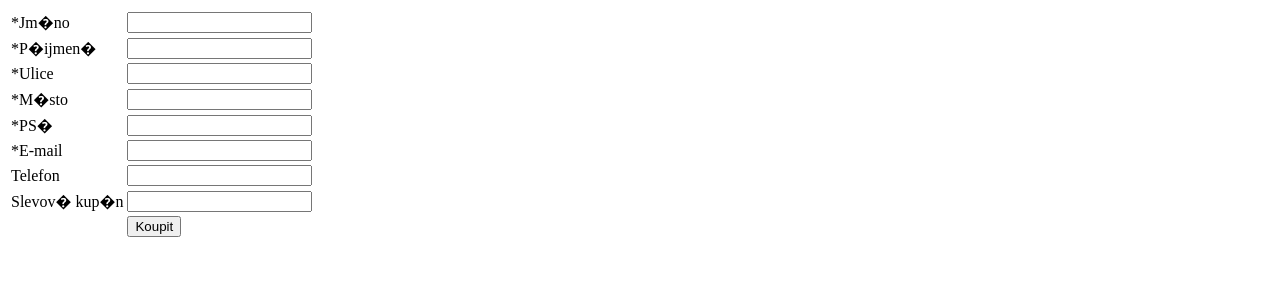
Repository: shadowroot/workspace
Page: http://localhost/register.php
The author's editor kept a copy of each file at every save. The page is drawn from the files as they stood at one save, then again after the next save.
The browser window is 1280 px wide. The pictures show the whole page.
The page is run by PHP 8.4 with error messages shown; the project is at /var/www/html/.

Above is the page before, as saved 2011-12-01 13:37:26.

### crib_pasted/register.php
<form action="action.php?a=1" method="post">
			<table id="form">
				<tr class="form_col">
					<td>*Jméno</td>
					<td><input type="text" size="20" name="user"
						value="<?php if(isset($_GET['jmeno'])){echo $_GET['jmeno'];} ?>" />
					</td>
				</tr>
				<tr class="form_col">
					<td>*Pøijmení</td>
					<td><input type="password" size="20" name="passwd1"
						value="<?php if(isset($_GET['prijmeni'])){echo $_GET['prijmeni'];} ?>" />
					</td>
				</tr>
				<tr class="form_col">
					<td>*Ulice</td>
					<td><input type="password" size="20" name="passwd2"
						value="<?php if(isset($_GET['ulice']))echo $_GET['ulice']; ?>" />
					</td>
				</tr>
				<tr class="form_col">
					<td>*Mìsto</td>
					<td><input type="text" size="20" name="email"
						value="<?php if(isset($_GET['mesto']))echo $_GET['mesto']; ?>" />
					</td>
				</tr>
				<tr class="form_col">
					<td>*PSÈ</td>
					<td><input type="text" size="20" name="psc"
						value="<?php if(isset($_GET['psc']))echo $_GET['psc']; ?>" />
					</td>
				</tr>
				<tr class="form_col">
					<td>*E-mail</td>
					<td><input type="text" size="20" name="email"
						value="<?php if(isset($_GET['email']))echo $_GET['email']; ?>" />
					</td>
				</tr>
				<tr class="form_col">
					<td>Telefon</td>
					<td><input type="text" size="20" name="telefon"
						value="<?php if(isset($_GET['tel']))echo $_GET['tel']; ?>" /></td>
				</tr>
				<tr class="form_col">
					<td>Slevový kupón</td>
					<td><input type="text" size="20" name="sleva"
						value="<?php if(isset($_GET['sleva']))echo $_GET['sleva']; ?>" />
					</td>
				</tr>
				<tr>
					<td></td>
					<td><input type="submit" value="Koupit" /></td>
				</tr>
			</table>
		</form>

After the next save:
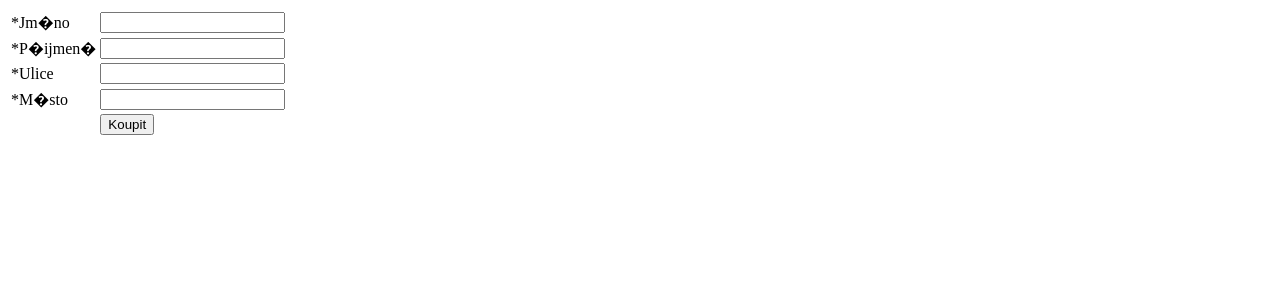
Saved 18 s later.
--- a/crib_pasted/register.php
+++ b/crib_pasted/register.php
@@ -21,32 +21,9 @@
 				<tr class="form_col">
 					<td>*Mìsto</td>
 					<td><input type="text" size="20" name="email"
-						value="<?php if(isset($_GET['mesto']))echo $_GET['mesto']; ?>" />
+						value="<?php if(isset($_GET['email']))echo $_GET['mesto']; ?>" />
 					</td>
-				</tr>
-				<tr class="form_col">
-					<td>*PSÈ</td>
-					<td><input type="text" size="20" name="psc"
-						value="<?php if(isset($_GET['psc']))echo $_GET['psc']; ?>" />
-					</td>
-				</tr>
-				<tr class="form_col">
-					<td>*E-mail</td>
-					<td><input type="text" size="20" name="email"
-						value="<?php if(isset($_GET['email']))echo $_GET['email']; ?>" />
-					</td>
-				</tr>
-				<tr class="form_col">
-					<td>Telefon</td>
-					<td><input type="text" size="20" name="telefon"
-						value="<?php if(isset($_GET['tel']))echo $_GET['tel']; ?>" /></td>
-				</tr>
-				<tr class="form_col">
-					<td>Slevový kupón</td>
-					<td><input type="text" size="20" name="sleva"
-						value="<?php if(isset($_GET['sleva']))echo $_GET['sleva']; ?>" />
-					</td>
-				</tr>
+
 				<tr>
 					<td></td>
 					<td><input type="submit" value="Koupit" /></td>
